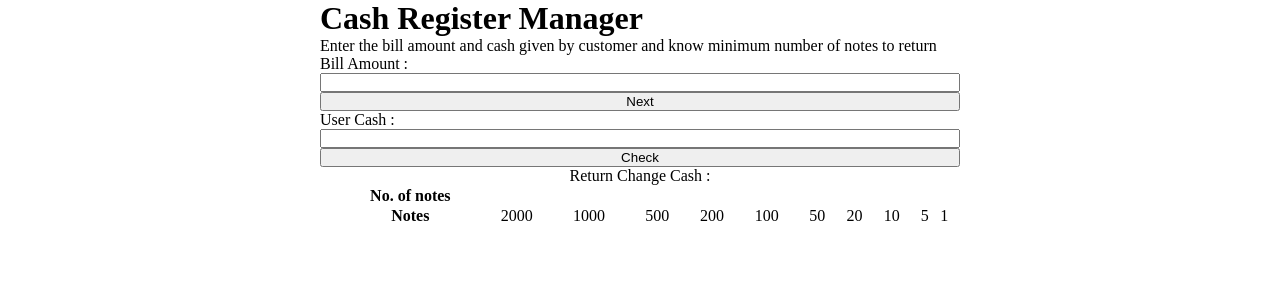
Repository: patelamancode/Cash-register-manager-app
Page: index.html
These files come from the project's save history. The page is drawn as it stood at one moment and after the next save; the edit follows.
The browser window is 1280 px wide. The pictures show the whole page.

Above is the page before, as saved 2022-11-17 15:26:22.

### index.html
<!DOCTYPE html>
<html lang="en">

<head>
    <meta charset="UTF-8">
    <meta http-equiv="X-UA-Compatible" content="IE=edge">
    <meta name="viewport" content="width=device-width, initial-scale=1.0">
    <link rel="stylesheet" href="index.css">
    <title>Cash register app</title>
</head>

<body>
    <div id="main-container">
        <h1 class="heading">Cash Register Manager</h1>
        <p id="description">Enter the bill amount and cash given by customer
            and know minimum number of notes to return
        </p>
        <label for="Bill-amount">Bill Amount :</label>
        <input type="text" id="bill-amount">
        <button id="next-btn">Next</button>
        <label for="Cash-amount" class="cash-section">User Cash :</label>
        <input type="text" id="cash-amount">
        <button class="check-btn">Check</button>
        <p class="error-message"></p>
        <table class="change-cash">
            <caption>Return Change Cash :</caption>
            <tr>
                <th>No. of notes</th>
                <td class="notes-number"></td>
                <td class="notes-number"></td>
                <td class="notes-number"></td>
                <td class="notes-number"></td>
                <td class="notes-number"></td>
                <td class="notes-number"></td>
                <td class="notes-number"></td>
                <td class="notes-number"></td>
                <td class="notes-number"></td>
                <td class="notes-number"></td>
            </tr>
            <tr>
                <th>Notes</th>
                <td>2000</td>
                <td>1000</td>
                <td>500</td>
                <td>200</td>
                <td>100</td>
                <td>50</td>
                <td>20</td>
                <td>10</td>
                <td>5</td>
                <td>1</td>
            </tr>
        </table>
    </div>

    <script src="index.js"></script>
</body>

</html>

### index.css
*{
    margin: 0;
    padding: 0;
}

#main-container{
    display: flex;
    flex-direction: column;
    width: 50vw;
    margin: auto;
}

### index.js
// document.querySelector('.check-btn').addEventListener('click', function(){
//     console.log("Check button is clicked")
// })

const billAmount = document.querySelector('#bill-amount');
const cashAmount = document.querySelector('#cash-amount');
const checkButton = document.querySelector('.check-btn');
const errorMessage = document.querySelector('.error-message');
const notesDisplay = document.querySelectorAll('.notes-number');

// Testing console values for all inputs
// checkButton.addEventListener('click', function(){
//     console.log(cashAmount.value);
// })

const displayErrorMessage = function (message) {
    errorMessage.style.display = "block";
    errorMessage.style.backgroundColor = "red";
    errorMessage.innerText = message;
}
const hideErrorMessage = function(){
    errorMessage.style.display = "none";

}

const notesArray = [2000, 1000, 500, 200, 100, 50, 20, 10, 5, 1];


checkButton.addEventListener('click', function amountValidation() {
    hideErrorMessage();

    if (billAmount.value > 0) {
        if(cashAmount.value > billAmount.value){
            const returnAmount = cashAmount.value - billAmount.value;
            numberOfNotesGiven(returnAmount);
        }
        else{
            displayErrorMessage("Invalid Cash value as per Bill amount");
        }
    }
    else {
        displayErrorMessage("Please make sure input bill amount must be positive and non-zero value");
    }
})

const numberOfNotesGiven = function(returnAmount){
    for(let i=0; i< notesArray.length; i++){
        let notesCount = Math.trunc(returnAmount/notesArray[i]);
        returnAmount = returnAmount%notesArray[i];
        notesDisplay[i].innerText = notesCount;
    }
}

// 1550

After the next save:
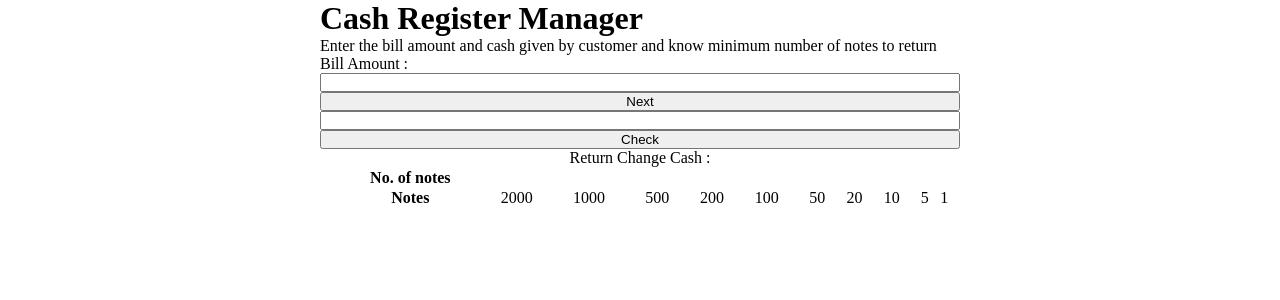
Saved 3 min 14 s later.
--- a/index.js
+++ b/index.js
@@ -7,11 +7,22 @@
 const checkButton = document.querySelector('.check-btn');
 const errorMessage = document.querySelector('.error-message');
 const notesDisplay = document.querySelectorAll('.notes-number');
+const cashLabel = document.querySelector('.cash-section');
+const tableContent = document.querySelector('table');
+const nextButton = document.querySelector('#next-btn');
 
 // Testing console values for all inputs
 // checkButton.addEventListener('click', function(){
 //     console.log(cashAmount.value);
 // })
+
+cashLabel.style.display = "none";
+
+
+
+const displayContent = function(){
+
+}
 
 const displayErrorMessage = function (message) {
     errorMessage.style.display = "block";

After the save that followed:
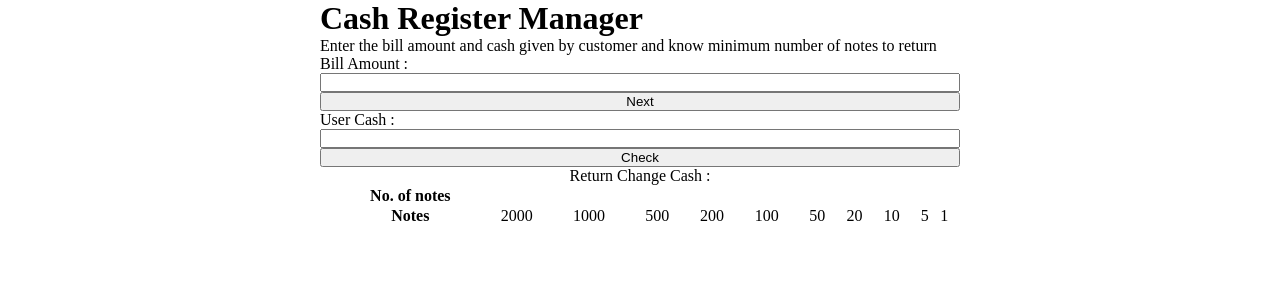
Saved 27 s later.
--- a/index.js
+++ b/index.js
@@ -16,7 +16,7 @@
 //     console.log(cashAmount.value);
 // })
 
-cashLabel.style.display = "none";
+cashLabel.style.display = "hidden";
 
 
 
